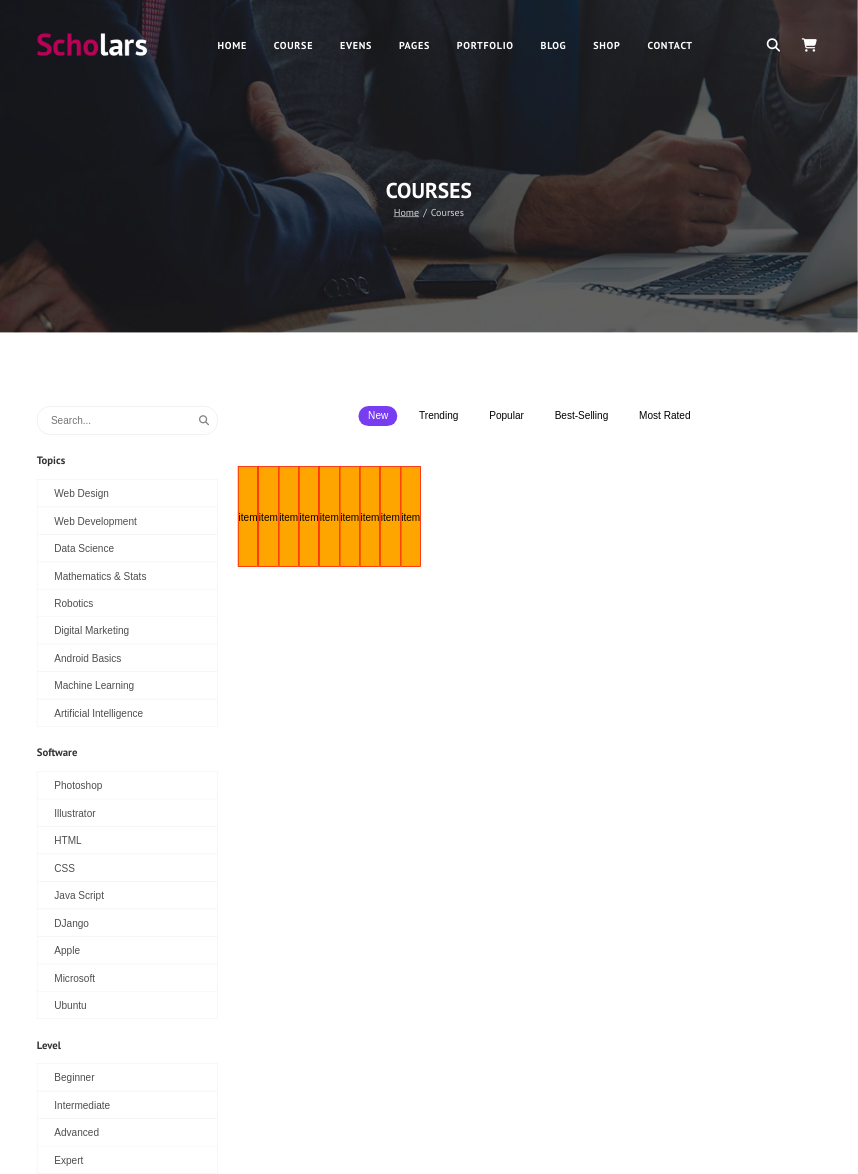
Repository: lannguyen1301/f8-zoom-day-7
Page: index.html
These files come from the project's save history. The page is drawn as it stood at one moment and after the next save; the edit follows.
The browser window is 1280 px wide. The pictures show the whole page, at 67% of full size.
Some web fonts or font styles are not loaded; a fallback is used.

Above is the page before, as saved 2025-04-25 00:05:26.

### index.html
<!DOCTYPE html>
<html lang="en">

<head>
    <meta charset="UTF-8">
    <meta name="viewport" content="width=device-width, initial-scale=1.0">
    <title>Scholars - Education, University & LMS HTML Template</title>

    <!-- Styles -->
    <link rel="stylesheet" href="./assets/css/reset.css">
    <link rel="stylesheet" href="./assets/css/style.css">

    <!-- Icon Font Awesome -->
    <link rel="stylesheet" href="https://cdnjs.cloudflare.com/ajax/libs/font-awesome/6.7.2/css/all.min.css"
        integrity="sha512-Evv84Mr4kqVGRNSgIGL/F/aIDqQb7xQ2vcrdIwxfjThSH8CSR7PBEakCr51Ck+w+/U6swU2Im1vVX0SVk9ABhg=="
        crossorigin="anonymous" referrerpolicy="no-referrer" />

    <!-- Font -->
    <link rel="preconnect" href="https://fonts.googleapis.com">
    <link rel="preconnect" href="https://fonts.gstatic.com" crossorigin>

    <link
        href="https://fonts.googleapis.com/css2?family=PT+Sans:ital,wght@0,400;0,700;1,400;1,700&family=Source+Sans+3:ital,wght@0,200..900;1,200..900&display=swap"
        rel="stylesheet">
</head>

<body>
    <div class="wrapper">
        <!-- Start header wrapper -->
        <div class="header-wrapper">
            <div class="inner">
                <div class="container header-container">
                    <!-- Start Header -->
                    <div class="header">
                        <!-- logo -->
                        <a href="./">
                            <img src="./assets/img/logo/logo.png" alt="Scholars Logo" class="header-logo">
                        </a>

                        <!-- Start Navigation -->
                        <ul class="nav">
                            <li class="item">
                                <a href="#!" class="link">Home</a>
                            </li>
                            <li class="item">
                                <a href="#!" class="link">Course</a>
                            </li>
                            <li class="item">
                                <a href="#!" class="link">Evens</a>
                            </li>
                            <li class="item">
                                <a href="#!" class="link">pages</a>
                            </li>
                            <li class="item">
                                <a href="#!" class="link">Portfolio</a>
                            </li>
                            <li class="item">
                                <a href="#!" class="link">Blog</a>
                            </li>
                            <li class="item">
                                <a href="#!" class="link">Shop</a>
                            </li>
                            <li class="item">
                                <a href="#!" class="link">Contact</a>
                            </li>
                        </ul>
                        <!-- End Navigation -->

                        <!-- User action -->
                        <div class="action-wrapper">
                            <button class="action-btn">
                                <i class="fa-solid fa-magnifying-glass"></i>
                            </button>
                            <button class="action-btn">
                                <i class="fa-solid fa-cart-shopping"></i>
                            </button>
                        </div>
                    </div>
                    <!-- End Header -->

                    <!-- Start Header Content -->
                    <div class="header-content">
                        <h1 class="heading">COURSES</h1>
                        <ul class="breadcrumb">
                            <li>
                                <a href="#!">Home</a>
                            </li>
                            <li>Courses</li>
                        </ul>
                    </div>
                    <!-- End Header Content -->
                </div>
            </div>
        </div>
        <!-- End header wrapper -->

        <!-- Start main -->
        <div class="main">
            <div class="container">
                <div class="inner">
                    <!-- Start sidebar -->
                    <div class="sidebar">
                        <!-- Start search form -->
                        <form action="" class="search-form" autocomplete="off">
                            <input type="text" name="" id="" placeholder="Search..." spellcheck="false"
                                class="search-input">
                            <button class="search-btn">
                                <i class="fa-solid fa-magnifying-glass"></i>
                            </button>
                        </form>
                        <!-- End search form -->

                        <!-- Start sidebar menu -->
                        <h2 class="menu-title">
                            Topics
                        </h2>
                        <ul class="menu">
                            <li>
                                <a href="#!">Web Design</a>
                            </li>
                            <li>
                                <a href="#!">Web Development</a>
                            </li>
                            <li>
                                <a href="#!">Data Science</a>
                            </li>
                            <li>
                                <a href="#!">Mathematics & Stats</a>
                            </li>
                            <li>
                                <a href="#!">Robotics</a>
                            </li>
                            <li>
                                <a href="#!">Digital Marketing</a>
                            </li>
                            <li>
                                <a href="#!">Android Basics</a>
                            </li>
                            <li>
                                <a href="#!">Machine Learning</a>
                            </li>
                            <li>
                                <a href="#!">Artificial Intelligence</a>
                            </li>
                        </ul>

                        <h2 class="menu-title">
                            Software
                        </h2>
                        <ul class="menu">
                            <li>
                                <a href="#!">Photoshop</a>
                            </li>
                            <li>
                                <a href="#!">Illustrator</a>
                            </li>
                            <li>
                                <a href="#!">HTML</a>
                            </li>
                            <li>
                                <a href="#!">CSS</a>
                            </li>
                            <li>
                                <a href="#!">Java Script</a>
                            </li>
                            <li>
                                <a href="#!">DJango</a>
                            </li>
                            <li>
                                <a href="#!">Apple</a>
                            </li>
                            <li>
                                <a href="#!">Microsoft</a>
                            </li>
                            <li>
                                <a href="#!">Ubuntu</a>
                            </li>
                        </ul>

                        <h2 class="menu-title">
                            Level
                        </h2>
                        <ul class="menu">
                            <li>
                                <a href="#!">Beginner</a>
                            </li>
                            <li>
                                <a href="#!">Intermediate</a>
                            </li>
                            <li>
                                <a href="#!">Advanced</a>
                            </li>
                            <li>
                                <a href="#!">Expert</a>
                            </li>
                        </ul>
                        <!-- End sidebar menu -->
                    </div>
                    <!-- End sidebar -->

                    <!-- Start main content -->
                    <div class="main-content">
                        <!-- Start topics -->
                        <ul class="topics">
                            <li class="active">
                                <a href="#!">New</a>
                            </li>
                            <li>
                                <a href="#!">Trending</a>
                            </li>
                            <li>
                                <a href="#!">Popular</a>
                            </li>
                            <li>
                                <a href="#!">Best-Selling</a>
                            </li>
                            <li>
                                <a href="#!">Most Rated</a>
                            </li>
                        </ul>
                        <!-- End topics -->

                        <!-- Start Courses lisst -->
                        <div class="courses-list">
                            <div class="courses-item">item</div>
                            <div class="courses-item">item</div>
                            <div class="courses-item">item</div>
                            <div class="courses-item">item</div>
                            <div class="courses-item">item</div>
                            <div class="courses-item">item</div>
                            <div class="courses-item">item</div>
                            <div class="courses-item">item</div>
                            <div class="courses-item">item</div>
                        </div>
                        <!-- End Courses lisst -->
                    </div>
                    <!-- End main content -->
                </div>
            </div>
        </div>
        <!-- End main -->
    </div>

</body>

</html>

### assets/css/style.css
*,
::before,
::after {
    box-sizing: border-box;
}

:root {
    --heading-font: "PT Sans", sans-serif;
    --black: #000;
    --white: #fff;
    --primary: #b80257;
    --secondary: #783df0;
}

html {
    font-size: 62.5%;
}

body {
    scroll-behavior: smooth;
    font-family: "Source Sans 3", sans-serif;
    font-size: 1.5rem;
}

h1,
h2,
h3,
h4,
h5,
h6 {
    font-family: var(--heading-font);
    font-weight: 700;
}

input,
button {
    border: none;
    outline: none;
    background: transparent;
    cursor: pointer;
}

a,
img,
button,
input,
textarea,
select {
    font-size: inherit;
    font-family: inherit;
    color: inherit;
    -webkit-tap-highlight-color: transparent;
    /**
        Thuộc tính -webkit-tap-highlight-color được sử dụng trong CSS
        để kiểm soát hiệu ứng highlight (màu nhấp nháy) khi người dùng chạm vào
        một phần tử trên các thiết bị di động sử dụng trình duyệt WebKit (Safari, Chrome trên iOS).
    **/
}

.container {
    width: 1170px;
    max-width: 100%;
    margin: 0 auto;
}

/* Start header wrapper */
.header-wrapper {
    display: flex;
    width: 100%;
    min-height: 496px;
    background-image: url(../img/banner/banner-2.jpg);
    background-repeat: no-repeat;
    background-size: cover;
    background-position: center;
}

.header-wrapper .inner {
    display: flex;
    width: 100%;
    background: rgba(0, 0, 0, 0.6);
}

.header-container {
    display: flex;
    flex-direction: column;
}

.header {
    display: flex;
    align-items: center;
    justify-content: space-between;
    padding-top: 40px;
}

.header-content {
    display: flex;
    flex-direction: column;
    align-items: center;
    justify-content: center;
    gap: 10px;
    flex-grow: 1;
    color: var(--white);
}

.header .nav {
    display: flex;
}

.nav a {
    display: inline-block;
    padding: 20px;
    color: var(--white);
    text-transform: uppercase;
    text-decoration: none;
    font-family: var(--heading-font);
    font-weight: 700;
    font-size: 1.5rem;
    letter-spacing: 1.1px;
}

.action-wrapper {
    display: flex;
    align-items: center;
    justify-content: center;
    gap: 20px;
}

.action-btn {
    font-size: 2rem;
    color: var(--white);
}

h1.heading {
    font-size: 3.2rem;
}

.breadcrumb {
    display: flex;
    font-family: var(--heading-font);
    font-size: 1.5rem;
    color: #fffc;
}

.breadcrumb li + li::before {
    content: "/";
    padding: 0 6px;
}

/* Start main */
.main {
    margin-top: 110px;
}

.main .inner {
    display: flex;
    gap: 30px;
}

/* Start sidebar */
.sidebar {
    width: 270px;
}

.search-form {
    display: flex;
    align-items: center;
    height: 43px;
    border: 1px solid #00000017;
    border-radius: 20px;
    overflow: hidden;
}

.search-input {
    flex-grow: 1;
    padding-left: 20px;
}

.search-input:not(:placeholder-shown) + .search-btn {
    color: #333;
}

.search-btn {
    padding: 0 20px;
    /* height: 100%; */
    align-self: stretch;
    color: #00000080;
}

.menu-title {
    margin-top: 30px;
    color: #333;
    font-size: 1.6rem;
}

ul.menu {
    margin-top: 20px;
    border: 1px solid #0000000d;
}

ul.menu li + li {
    border-top: 1px solid #0000000d;
}

.menu a {
    display: flex;
    align-items: center;
    height: 40px;
    padding: 0 25px;
    color: #000000b3;
    text-decoration: none;
}

.menu a:hover {
    color: var(--secondary);
}

.main .main-content {
    flex-grow: 1;
}

/* Topics */
.topics {
    display: flex;
    gap: 18px;
    justify-content: center;
}

.topics a {
    display: inline-block;
    height: 30px;
    padding: 0 14px;
    border-radius: 999px;
    text-decoration: none;
    line-height: 30px;
}

.topics .active a,
.topics a:hover {
    background: var(--secondary);
    /* border-radius: 999px; */
    color: var(--white);
}

/* Courses list */
.courses-list {
    --column: 3;

    display: flex;
    flex-wrap: wrap;
    row-gap: 30px;
    margin-top: 60px;
    /* margin-left: -30px; */
}

.courses-item {
    display: flex;
    align-items: center;
    justify-content: center;
    width: calc(100% - var(--column) - 30px);
    min-height: 150px;
    /* margin-left: 30px; */
    background: orange;
    border: 1px solid red;
}

Loaded but not shown: assets/css/reset.css (common file)

After the next save:
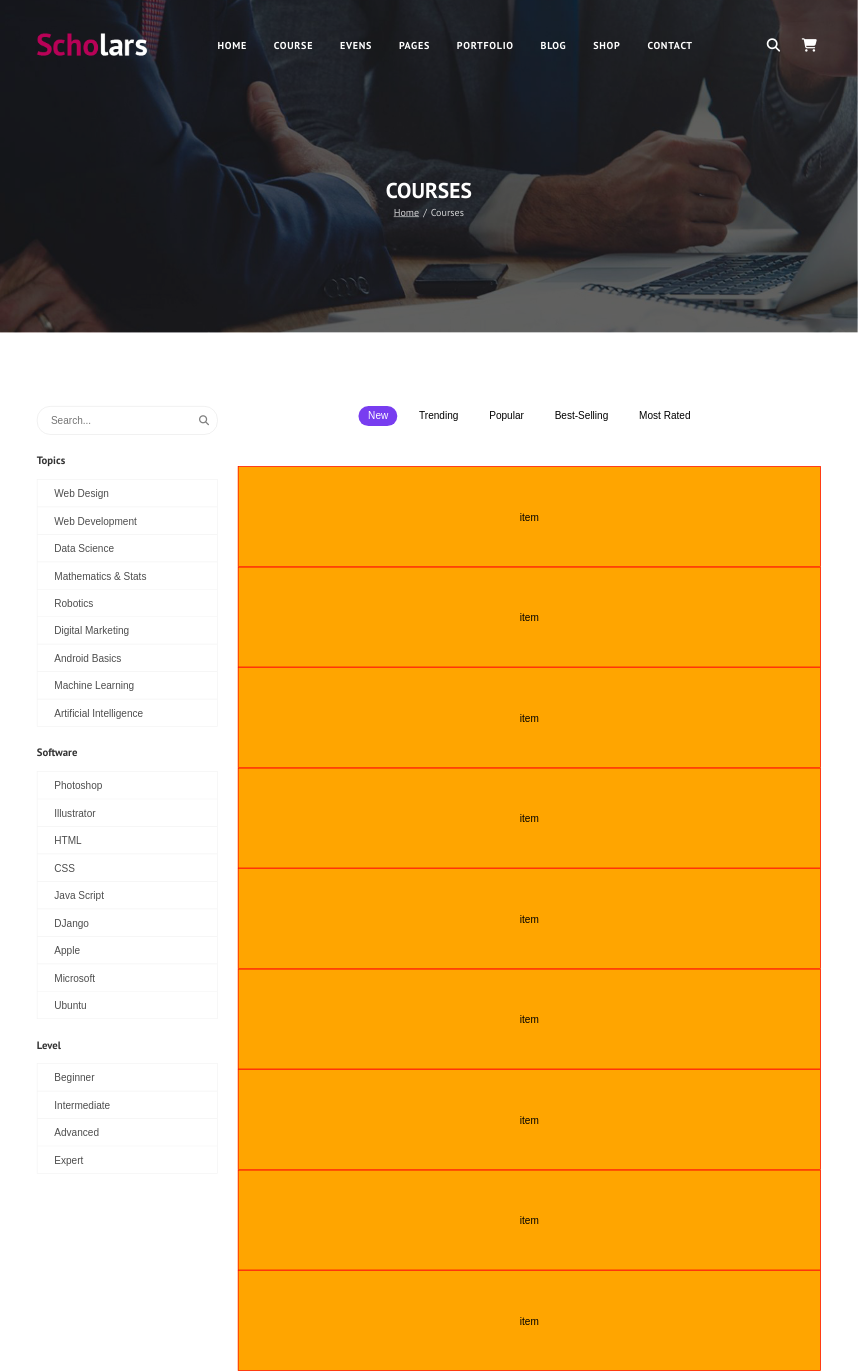
Saved 22 s later.
--- a/assets/css/style.css
+++ b/assets/css/style.css
@@ -244,7 +244,7 @@ ul.menu li + li {
 /* Courses list */
 .courses-list {
     --column: 3;
-
+    --spacing: 30px
     display: flex;
     flex-wrap: wrap;
     row-gap: 30px;

After the 3 saves that followed:
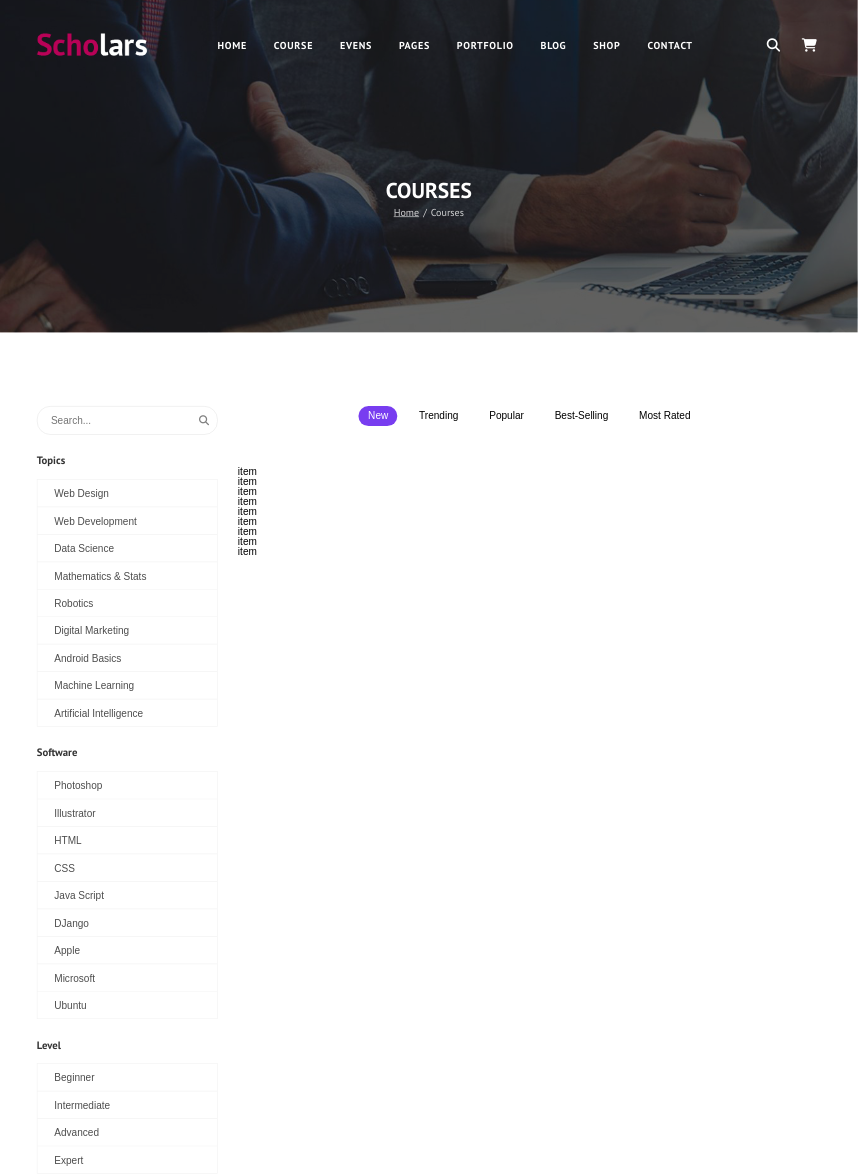
The 3 saves are shown as one change because 2 left the picture as it was.
The last was saved 93 s later.
--- a/assets/css/style.css
+++ b/assets/css/style.css
@@ -249,16 +249,16 @@ ul.menu li + li {
     flex-wrap: wrap;
     row-gap: 30px;
     margin-top: 60px;
-    /* margin-left: -30px; */
+    margin-left: calc(-1 * var(--spacing);
 }
 
 .courses-item {
     display: flex;
     align-items: center;
     justify-content: center;
-    width: calc(100% - var(--column) - 30px);
+    width: calc(100% - var(--column) - var(--spacing));
     min-height: 150px;
-    /* margin-left: 30px; */
+    margin-left: var(--spacing);
     background: orange;
     border: 1px solid red;
 }
